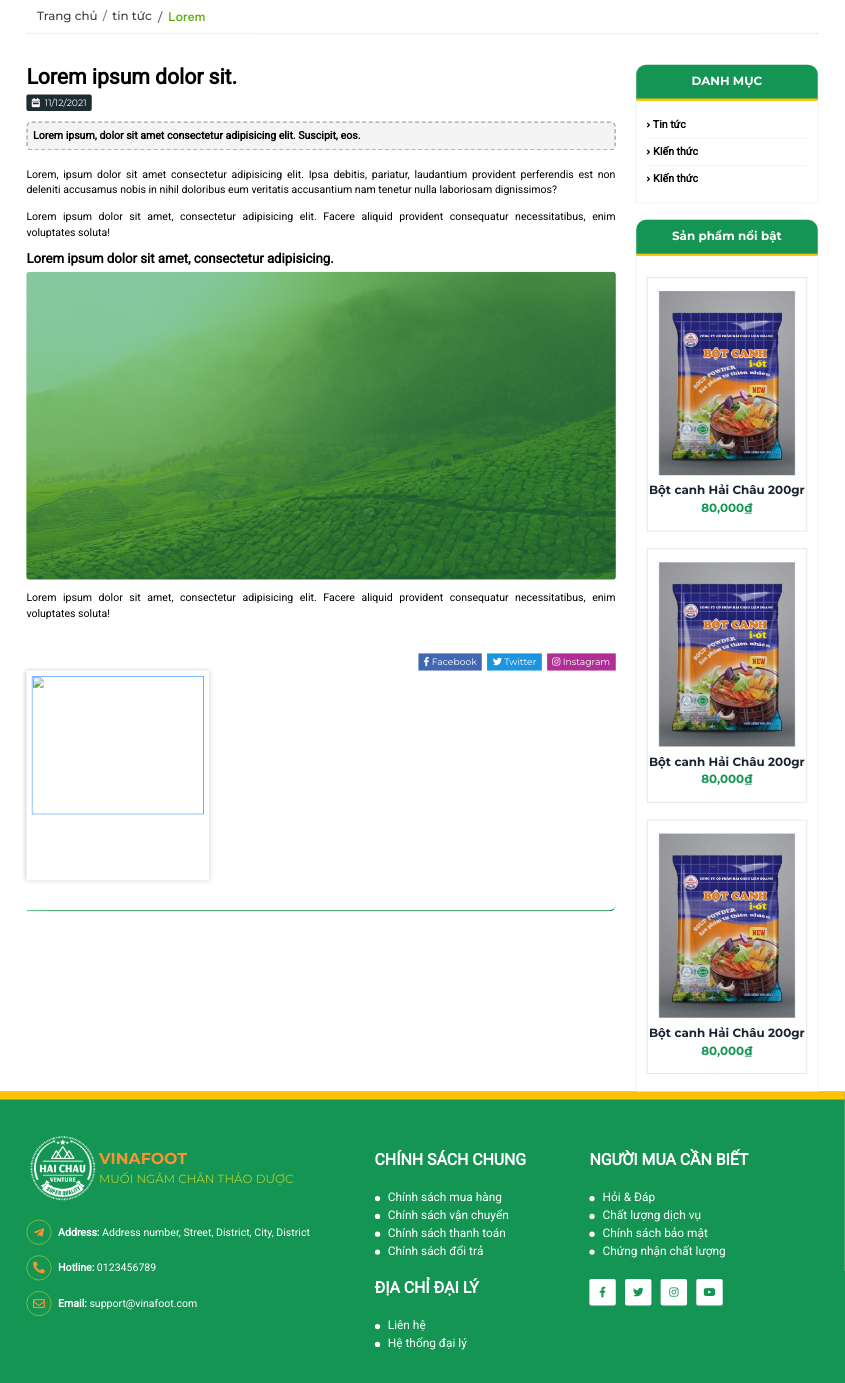
Repository: haianh12082001/VINAFOOT
Page: news-detail.html
An editor plug-in stored every save of this project. The page is shown before and after the next save, followed by the edit.
The browser window is 1280 px wide. The pictures show the whole page, at 66% of full size.
Some web libraries are served in a nearby version.

Above is the page before, as saved 2021-12-12 20:49:55.

After the next save:
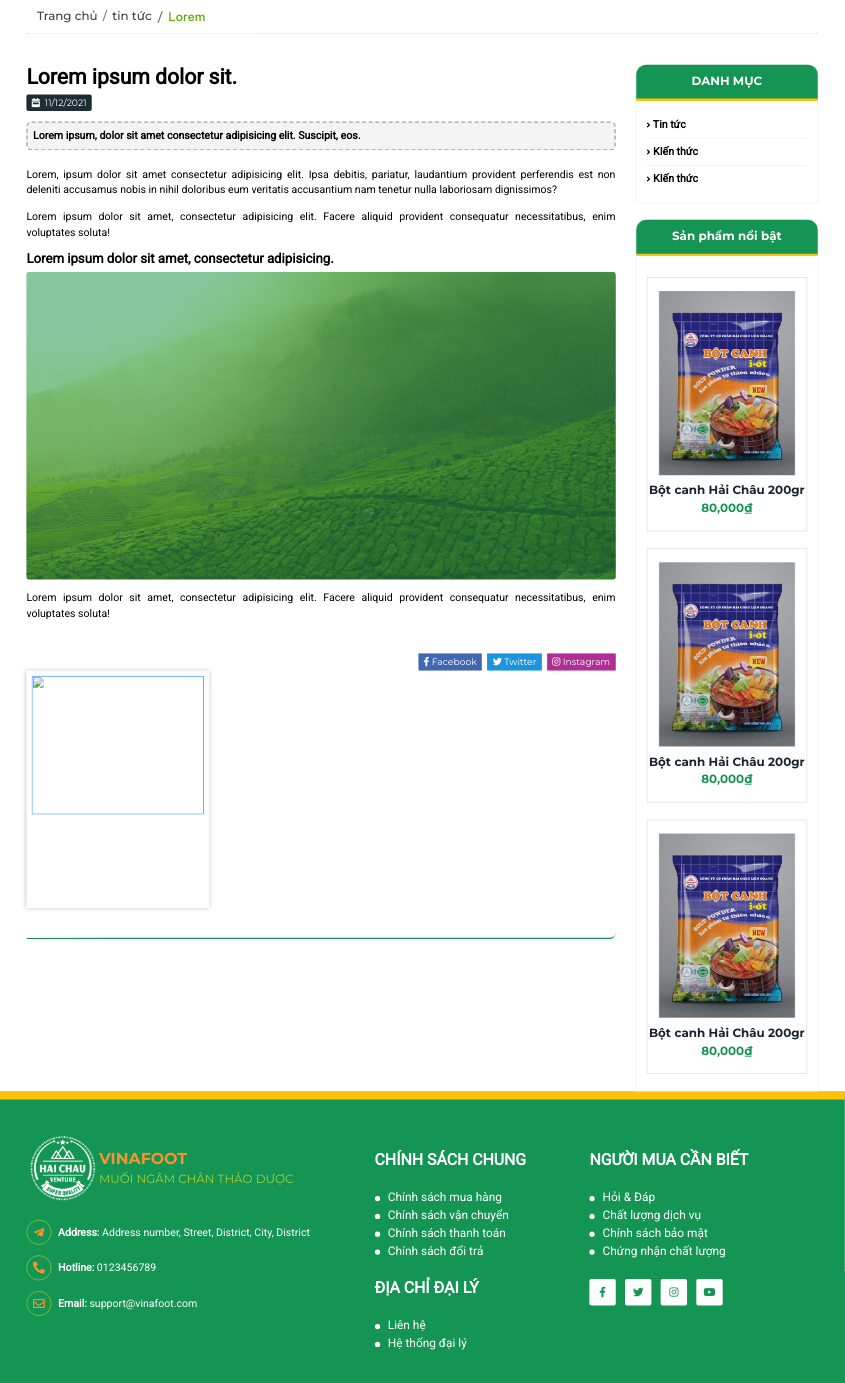
Saved 23 s later.
--- a/news-detail.html
+++ b/news-detail.html
@@ -89,7 +89,9 @@
                                             <div class="name truncate-h">
                                                 <a href=""></a>
                                             </div>
-                                            <div class="create-date"></div>
+                                            <div class="create-date">
+                                                <i class="fab fa-calendar-alt"></i>
+                                            </div>
                                         </div>
                                     </div>
                                 </div>
